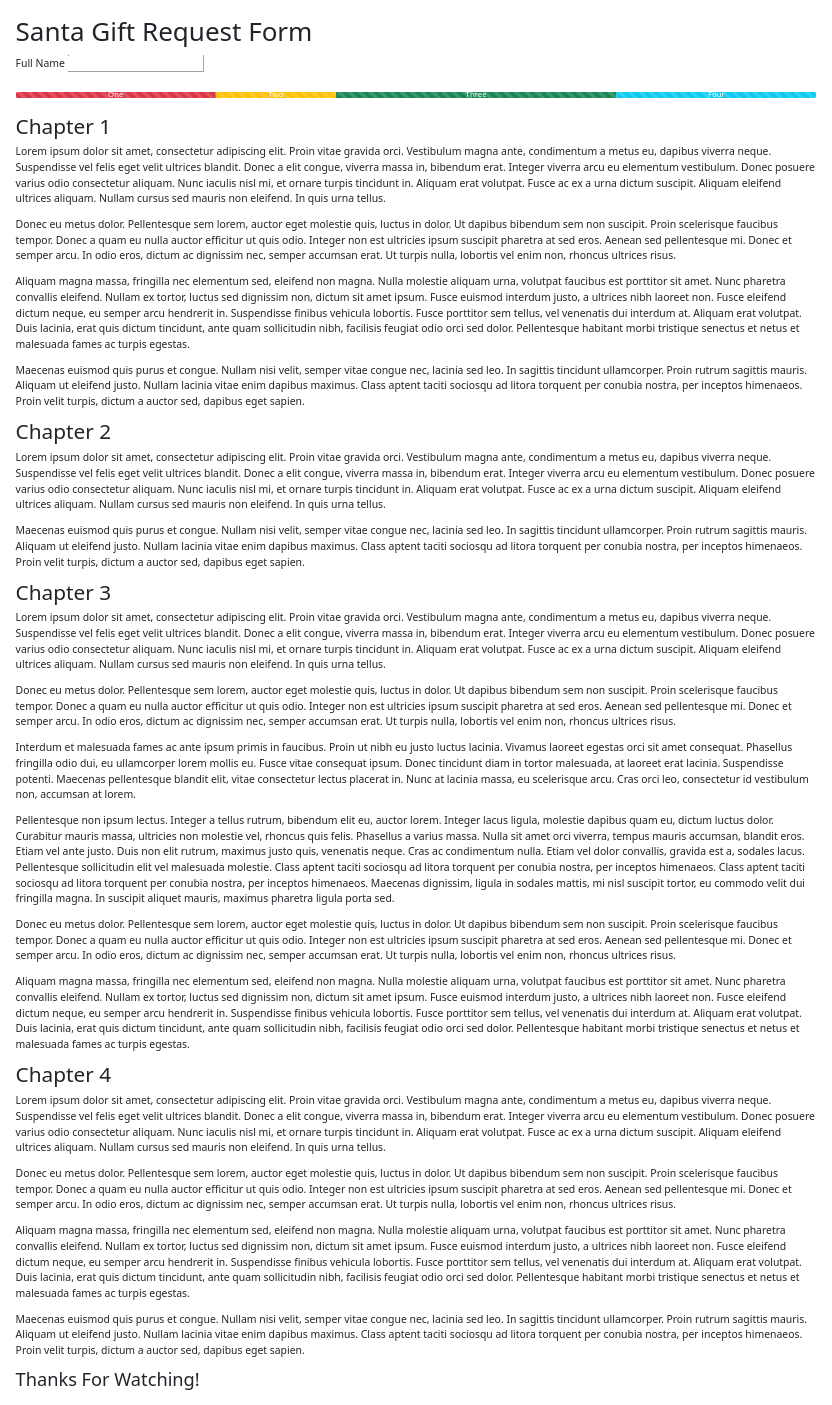
Repository: sarahlochhead/check-santas-list
Page: index.html
An editor plug-in stored every save of this project. The page is shown before and after the next save, followed by the edit.
The browser window is 1280 px wide. The pictures show the whole page, at 65% of full size.

Above is the page before, as saved 2022-11-25 21:27:28.

### index.html
<!DOCTYPE html>
<html lang="en">
<head>
    <meta charset="utf-8">
    <meta name="viewport" content="width=device-width, initial-scale=1, shrink-to-fit=no">
    <title>Progress Bar | Bootstrap</title>
    <!-- The purpose of progress bars is to show something is loading, in progress, or action taking place with elements on the page. -->
    <!-- STEP 1: Link to Bootstrap CSS -->
    <link href="https://cdn.jsdelivr.net/npm/bootstrap@5.2.3/dist/css/bootstrap.min.css"  rel="stylesheet" integrity="sha384-rbsA2VBKQhggwzxH7pPCaAqO46MgnOM80zW1RWuH61DGLwZJEdK2Kadq2F9CUG65" crossorigin="anonymous">
</head>
<body class="m-4">
    <!-- STEP 3: Review the HTML for the page -->
    <main>
        <h1>Santa Gift Request Form</h1>

        <form>
            <label for="fullName" class="form-label">Full Name</label>
            <input type="text" class="form-text">


        </form>
        <!-- STEP 4: Create a div and add .progress and some top and bottom margin -->
        <div class="progress mt-4 mb-4 sticky-top" style="height: 10px;">
            <!-- STEP 5: Create another div .progress-bar. Add the appropriate roles and aria attributes (b/c this is not the HTML5 semantic element <progress>)-->
            <div class="progress-bar bg-danger progress-bar-striped progress-bar-animated" role="progressbar" aria-label="Long Read Progress Bar" style="width:25%" aria-valuenow="25" aria-valuemin="0" aria-valuemax="100">One</div>
            <!-- STEP 6: Change the value of width property to 50% percentage and see what happens Note: The aria-valuenow should also be changed -->
            <!-- STEP 7: Add a label to the progress-bar adding text in the div -->
            <!-- STEP 8: Add a bootstrap background color to the progress-bar (bg-success bg-info bg-warning) -->
            <!-- STEP 9: Try adding a bootstrap class of .progress-bar-striped and .progress-bar-animated to the .progress-bar -->
            <!-- STEP 10: Create three more inner divs .progress bar and change the color and width. (copy/paste) -->
            <div class="progress-bar bg-warning progress-bar-striped progress-bar-animated" role="progressbar" aria-label="Long Read Progress Bar" style="width:15%" aria-valuenow="15" aria-valuemin="0" aria-valuemax="100">Two</div>
            <div class="progress-bar bg-success progress-bar-striped progress-bar-animated" role="progressbar" aria-label="Long Read Progress Bar" style="width:35%" aria-valuenow="35" aria-valuemin="0" aria-valuemax="100">Three</div>
            <div class="progress-bar bg-info progress-bar-striped progress-bar-animated" role="progressbar" aria-label="Long Read Progress Bar" style="width:25%" aria-valuenow="25" aria-valuemin="0" aria-valuemax="100">Four</div>
            <!-- STEP 11: Set a height on the div.progress -->
            <!-- STEP 12: give the the div.progress a position class .sticky-top -->
        </div> <!-- .progress -->
        <section id="chapter1">
            <h2>Chapter 1</h2>
            <p>
                Lorem ipsum dolor sit amet, consectetur adipiscing elit. Proin vitae gravida orci. Vestibulum magna
                ante, condimentum a metus eu, dapibus viverra neque. Suspendisse vel felis eget velit ultrices blandit.
                Donec a elit congue, viverra massa in, bibendum erat. Integer viverra arcu eu elementum vestibulum.
                Donec posuere varius odio consectetur aliquam. Nunc iaculis nisl mi, et ornare turpis tincidunt in.
                Aliquam erat volutpat. Fusce ac ex a urna dictum suscipit. Aliquam eleifend ultrices aliquam. Nullam
                cursus sed mauris non eleifend. In quis urna tellus.
            </p>
            <p>
                Donec eu metus dolor. Pellentesque sem lorem, auctor eget molestie quis, luctus in dolor. Ut dapibus
                bibendum sem non suscipit. Proin scelerisque faucibus tempor. Donec a quam eu nulla auctor efficitur ut
                quis odio. Integer non est ultricies ipsum suscipit pharetra at sed eros. Aenean sed pellentesque mi.
                Donec et semper arcu. In odio eros, dictum ac dignissim nec, semper accumsan erat. Ut turpis nulla,
                lobortis vel enim non, rhoncus ultrices risus.
            </p>
            <p>
                Aliquam magna massa, fringilla nec elementum sed, eleifend non magna. Nulla molestie aliquam urna,
                volutpat faucibus est porttitor sit amet. Nunc pharetra convallis eleifend. Nullam ex tortor, luctus sed
                dignissim non, dictum sit amet ipsum. Fusce euismod interdum justo, a ultrices nibh laoreet non. Fusce
                eleifend dictum neque, eu semper arcu hendrerit in. Suspendisse finibus vehicula lobortis. Fusce
                porttitor sem tellus, vel venenatis dui interdum at. Aliquam erat volutpat. Duis lacinia, erat quis
                dictum tincidunt, ante quam sollicitudin nibh, facilisis feugiat odio orci sed dolor. Pellentesque
                habitant morbi tristique senectus et netus et malesuada fames ac turpis egestas.
            </p>
            <p>
                Maecenas euismod quis purus et congue. Nullam nisi velit, semper vitae congue nec, lacinia sed leo. In
                sagittis tincidunt ullamcorper. Proin rutrum sagittis mauris. Aliquam ut eleifend justo. Nullam lacinia
                vitae enim dapibus maximus. Class aptent taciti sociosqu ad litora torquent per conubia nostra, per
                inceptos himenaeos. Proin velit turpis, dictum a auctor sed, dapibus eget sapien.
            </p>
        </section>
        <section id="chapter2">
            <h2>Chapter 2</h2>
            <p>
                Lorem ipsum dolor sit amet, consectetur adipiscing elit. Proin vitae gravida orci. Vestibulum magna
                ante, condimentum a metus eu, dapibus viverra neque. Suspendisse vel felis eget velit ultrices blandit.
                Donec a elit congue, viverra massa in, bibendum erat. Integer viverra arcu eu elementum vestibulum.
                Donec posuere varius odio consectetur aliquam. Nunc iaculis nisl mi, et ornare turpis tincidunt in.
                Aliquam erat volutpat. Fusce ac ex a urna dictum suscipit. Aliquam eleifend ultrices aliquam. Nullam
                cursus sed mauris non eleifend. In quis urna tellus.
            </p>
            <p>
                Maecenas euismod quis purus et congue. Nullam nisi velit, semper vitae congue nec, lacinia sed leo. In
                sagittis tincidunt ullamcorper. Proin rutrum sagittis mauris. Aliquam ut eleifend justo. Nullam lacinia
                vitae enim dapibus maximus. Class aptent taciti sociosqu ad litora torquent per conubia nostra, per
                inceptos himenaeos. Proin velit turpis, dictum a auctor sed, dapibus eget sapien.
            </p>
        </section>
        <section id="chapter3">
            <h2>Chapter 3</h2>
            <p>
                Lorem ipsum dolor sit amet, consectetur adipiscing elit. Proin vitae gravida orci. Vestibulum magna
                ante, condimentum a metus eu, dapibus viverra neque. Suspendisse vel felis eget velit ultrices blandit.
                Donec a elit congue, viverra massa in, bibendum erat. Integer viverra arcu eu elementum vestibulum.
                Donec posuere varius odio consectetur aliquam. Nunc iaculis nisl mi, et ornare turpis tincidunt in.
                Aliquam erat volutpat. Fusce ac ex a urna dictum suscipit. Aliquam eleifend ultrices aliquam. Nullam
                cursus sed mauris non eleifend. In quis urna tellus.
            </p>
            <p>
                Donec eu metus dolor. Pellentesque sem lorem, auctor eget molestie quis, luctus in dolor. Ut dapibus
                bibendum sem non suscipit. Proin scelerisque faucibus tempor. Donec a quam eu nulla auctor efficitur ut
                quis odio. Integer non est ultricies ipsum suscipit pharetra at sed eros. Aenean sed pellentesque mi.
                Donec et semper arcu. In odio eros, dictum ac dignissim nec, semper accumsan erat. Ut turpis nulla,
                lobortis vel enim non, rhoncus ultrices risus.
            </p>
            <p>
                Interdum et malesuada fames ac ante ipsum primis in faucibus. Proin ut nibh eu justo luctus lacinia. Vivamus laoreet egestas orci sit amet consequat. Phasellus fringilla odio dui, eu ullamcorper lorem mollis eu. Fusce vitae consequat ipsum. Donec tincidunt diam in tortor malesuada, at laoreet erat lacinia. Suspendisse potenti. Maecenas pellentesque blandit elit, vitae consectetur lectus placerat in. Nunc at lacinia massa, eu scelerisque arcu. Cras orci leo, consectetur id vestibulum non, accumsan at lorem.
            </p>
            <p>
                Pellentesque non ipsum lectus. Integer a tellus rutrum, bibendum elit eu, auctor lorem. Integer lacus ligula, molestie dapibus quam eu, dictum luctus dolor. Curabitur mauris massa, ultricies non molestie vel, rhoncus quis felis. Phasellus a varius massa. Nulla sit amet orci viverra, tempus mauris accumsan, blandit eros. Etiam vel ante justo. Duis non elit rutrum, maximus justo quis, venenatis neque. Cras ac condimentum nulla. Etiam vel dolor convallis, gravida est a, sodales lacus. Pellentesque sollicitudin elit vel malesuada molestie. Class aptent taciti sociosqu ad litora torquent per conubia nostra, per inceptos himenaeos. Class aptent taciti sociosqu ad litora torquent per conubia nostra, per inceptos himenaeos. Maecenas dignissim, ligula in sodales mattis, mi nisl suscipit tortor, eu commodo velit dui fringilla magna. In suscipit aliquet mauris, maximus pharetra ligula porta sed.
            </p>
            <p>
                Donec eu metus dolor. Pellentesque sem lorem, auctor eget molestie quis, luctus in dolor. Ut dapibus
                bibendum sem non suscipit. Proin scelerisque faucibus tempor. Donec a quam eu nulla auctor efficitur ut
                quis odio. Integer non est ultricies ipsum suscipit pharetra at sed eros. Aenean sed pellentesque mi.
                Donec et semper arcu. In odio eros, dictum ac dignissim nec, semper accumsan erat. Ut turpis nulla,
                lobortis vel enim non, rhoncus ultrices risus.
            </p>
            <p>
                Aliquam magna massa, fringilla nec elementum sed, eleifend non magna. Nulla molestie aliquam urna,
                volutpat faucibus est porttitor sit amet. Nunc pharetra convallis eleifend. Nullam ex tortor, luctus sed
                dignissim non, dictum sit amet ipsum. Fusce euismod interdum justo, a ultrices nibh laoreet non. Fusce
                eleifend dictum neque, eu semper arcu hendrerit in. Suspendisse finibus vehicula lobortis. Fusce
                porttitor sem tellus, vel venenatis dui interdum at. Aliquam erat volutpat. Duis lacinia, erat quis
                dictum tincidunt, ante quam sollicitudin nibh, facilisis feugiat odio orci sed dolor. Pellentesque
                habitant morbi tristique senectus et netus et malesuada fames ac turpis egestas.
            </p>
        </section>
        <section id="chapter4">
            <h2>Chapter 4</h2>
            <p>
                Lorem ipsum dolor sit amet, consectetur adipiscing elit. Proin vitae gravida orci. Vestibulum magna
                ante, condimentum a metus eu, dapibus viverra neque. Suspendisse vel felis eget velit ultrices blandit.
                Donec a elit congue, viverra massa in, bibendum erat. Integer viverra arcu eu elementum vestibulum.
                Donec posuere varius odio consectetur aliquam. Nunc iaculis nisl mi, et ornare turpis tincidunt in.
                Aliquam erat volutpat. Fusce ac ex a urna dictum suscipit. Aliquam eleifend ultrices aliquam. Nullam
                cursus sed mauris non eleifend. In quis urna tellus.
            </p>
            <p>
                Donec eu metus dolor. Pellentesque sem lorem, auctor eget molestie quis, luctus in dolor. Ut dapibus
                bibendum sem non suscipit. Proin scelerisque faucibus tempor. Donec a quam eu nulla auctor efficitur ut
                quis odio. Integer non est ultricies ipsum suscipit pharetra at sed eros. Aenean sed pellentesque mi.
                Donec et semper arcu. In odio eros, dictum ac dignissim nec, semper accumsan erat. Ut turpis nulla,
                lobortis vel enim non, rhoncus ultrices risus.
            </p>
            <p>
                Aliquam magna massa, fringilla nec elementum sed, eleifend non magna. Nulla molestie aliquam urna,
                volutpat faucibus est porttitor sit amet. Nunc pharetra convallis eleifend. Nullam ex tortor, luctus sed
                dignissim non, dictum sit amet ipsum. Fusce euismod interdum justo, a ultrices nibh laoreet non. Fusce
                eleifend dictum neque, eu semper arcu hendrerit in. Suspendisse finibus vehicula lobortis. Fusce
                porttitor sem tellus, vel venenatis dui interdum at. Aliquam erat volutpat. Duis lacinia, erat quis
                dictum tincidunt, ante quam sollicitudin nibh, facilisis feugiat odio orci sed dolor. Pellentesque
                habitant morbi tristique senectus et netus et malesuada fames ac turpis egestas.
            </p>
            <p>
                Maecenas euismod quis purus et congue. Nullam nisi velit, semper vitae congue nec, lacinia sed leo. In
                sagittis tincidunt ullamcorper. Proin rutrum sagittis mauris. Aliquam ut eleifend justo. Nullam lacinia
                vitae enim dapibus maximus. Class aptent taciti sociosqu ad litora torquent per conubia nostra, per
                inceptos himenaeos. Proin velit turpis, dictum a auctor sed, dapibus eget sapien.
            </p>
        </section>
        <footer id="end">
            <h3>Thanks For Watching!</h3>
        </footer>
    </main>
    <!-- STEP 2: Link to Bootstrap JS -->
    <script src="https://cdn.jsdelivr.net/npm/bootstrap@5.2.3/dist/js/bootstrap.bundle.min.js"></script>
</body>
</html>

After the next save:
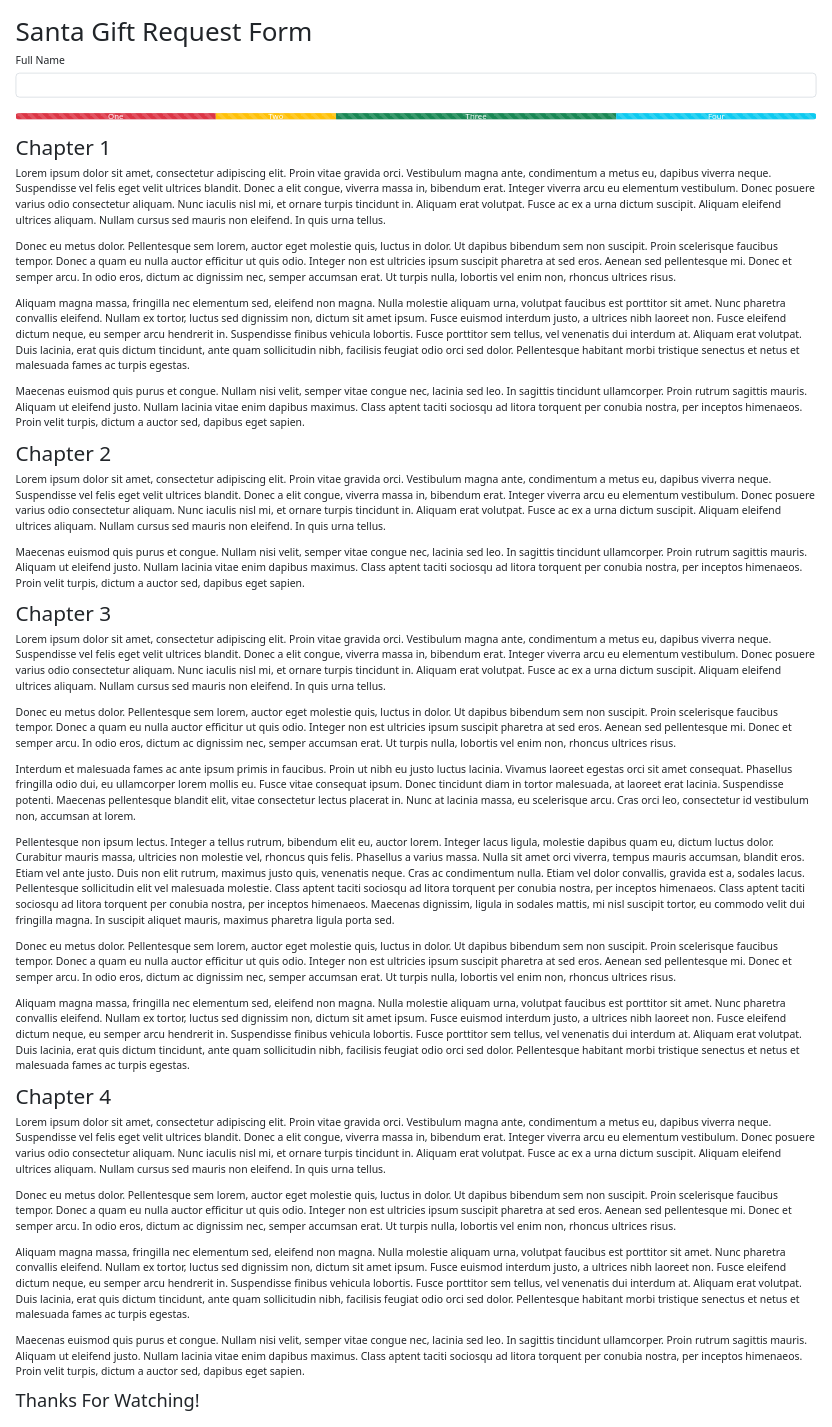
Saved 9 s later.
--- a/index.html
+++ b/index.html
@@ -15,7 +15,7 @@
 
         <form>
             <label for="fullName" class="form-label">Full Name</label>
-            <input type="text" class="form-text">
+            <input type="text" class="form-control">
 
 
         </form>
